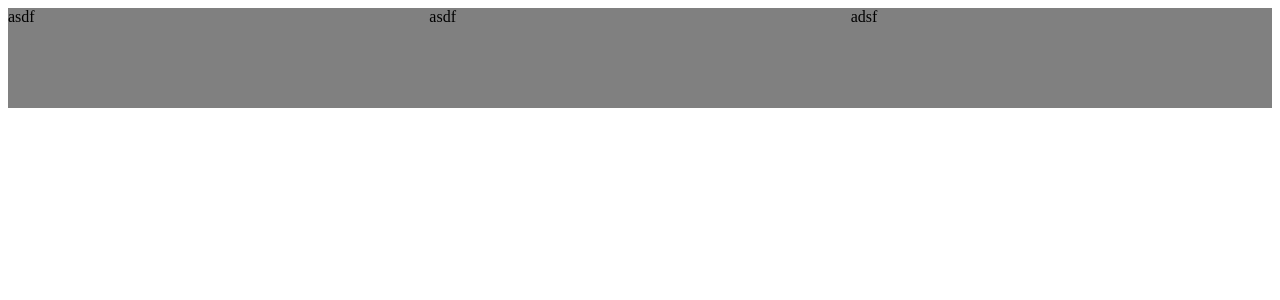
Repository: ervinne13/gg-basic-web-frontend-development
Page: modules/css/long-samples/grid-system-1.html
The author's editor kept a copy of each file at every save. The page is drawn from the files as they stood at one save, then again after a run of saves.
The browser window is 1280 px wide. The pictures show the whole page.

Above is the page before, as saved 2019-07-04 18:05:08.

### modules/css/long-samples/grid-system-1.html
<html>
    <head>
        <style>
            .grid-container {
                max-width: 1440px;
                margin: 0 auto;
            }

            .grid-container .row {
                display: flex;
                flex-flow: row wrap;
                justify-content: space-between;
            }

            .grid-container .row .col {
                flex-basis: 33.33%;
                width: 259px;
                /* padding: 10px; */
                /* box-sizing: border-box; */
            }

            .box {
                background-color: grey;
                width: 100%;
                min-height: 100px;;
            }

            @media(max-width: 1333px) {
                .grid-container .row .col{
                    flex-basis: 33.33%;
                }
            }
            @media(max-width: 1073px) {
                .grid-container .row .col{
                    flex-basis: 33.33%;
                }
            }
            @media(max-width: 815px) {
                .grid-container .row .col{
                    flex-basis: 50%;
                }
            }
            @media(max-width: 555px) {
                .grid-container .row .col{
                    flex-basis: 100%;
                }
            }
        </style>
    </head>
    <body>
        <div class="grid-container">
            <div class="row">
                <div class="col">
                    <div class="box">asdf</div>
                </div>
                <div class="col">
                    <div class="box">asdf</div>
                </div>
                <div class="col">
                    <div class="box">adsf</div>
                </div>
            </div>
        </div>
    </body>
</html>

After the next 4 saves:
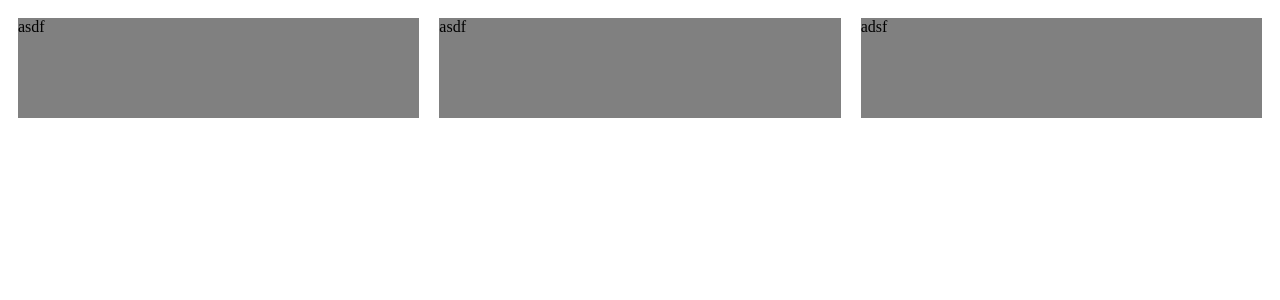
The 4 saves are shown as one change because they came seconds apart.
The last was saved 13 s later.
--- a/modules/css/long-samples/grid-system-1.html
+++ b/modules/css/long-samples/grid-system-1.html
@@ -15,8 +15,8 @@
             .grid-container .row .col {
                 flex-basis: 33.33%;
                 width: 259px;
-                /* padding: 10px; */
-                /* box-sizing: border-box; */
+                padding: 10px;
+                box-sizing: border-box;
             }
 
             .box {
